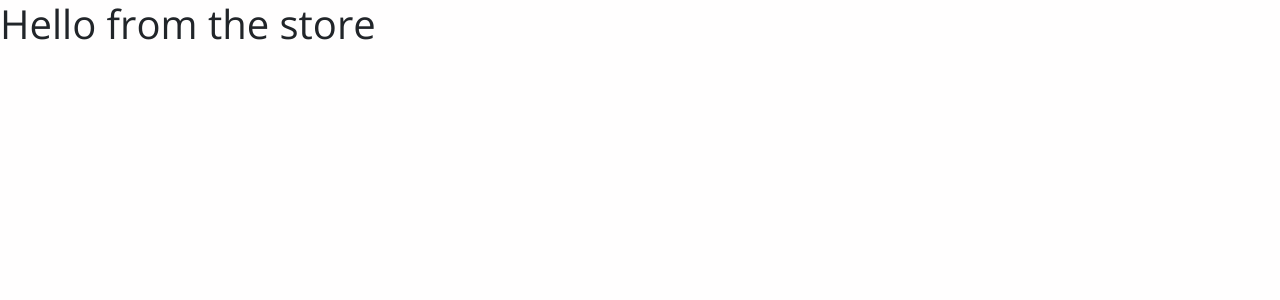
Repository: CaptainStorm21/react16-techstore
Page: /
These files come from the project's save history. The page is drawn as it stood at one moment and after a run of saves; the edit follows.
The browser window is 1280 px wide. The pictures show the whole page.
Some web fonts or font styles are not loaded; a fallback is used. The project was rebuilt for these pictures with package versions that can differ from the ones it lists, and the page was loaded fresh each time.

Above is the page before, as saved 2020-05-07 00:56:05.

After the next 2 saves:
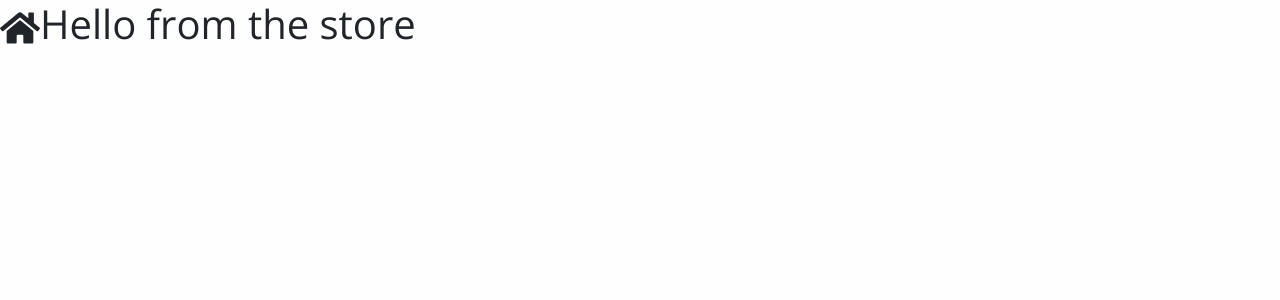
The 2 saves are shown as one change because 1 did not build or start.
The last was saved 23 s later.
--- a/src/App.js
+++ b/src/App.js
@@ -7,7 +7,7 @@ import {FaHome} from 'react-icons/fa';
 function App() {
   return (
     <div >
-     <h1>Hello from the store</h1>
+     <h1><FaHome/>Hello from the store</h1>
     </div>
   );
 }
